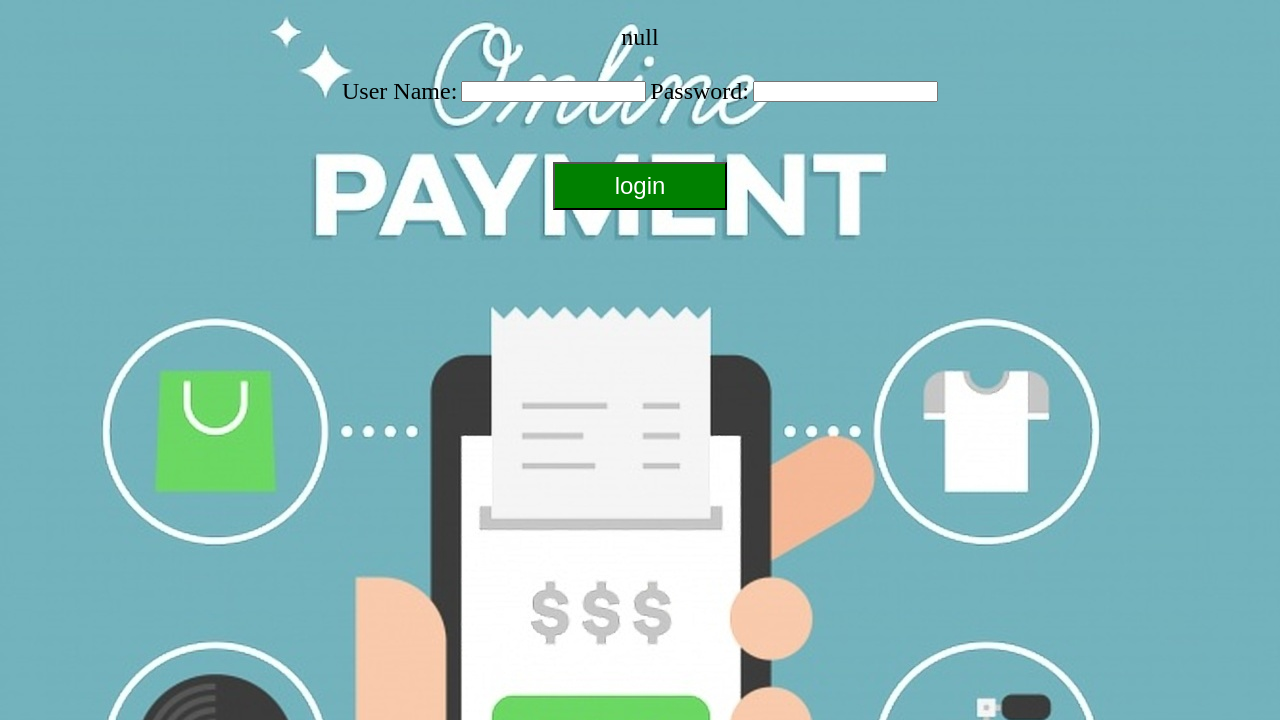
Repository: shaharyar-shamshi/crossplatform
Page: http://localhost/transaction/loginfailed.jsp
The author's editor kept a copy of each file at every save. The page is drawn from the files as they stood at one save, then again after the next save.
The browser window is 1280 px wide. The pictures show the whole page.
The page is served by Tomcat 9.

Above is the page before, as saved 2018-02-03 12:14:17.

After the next save:
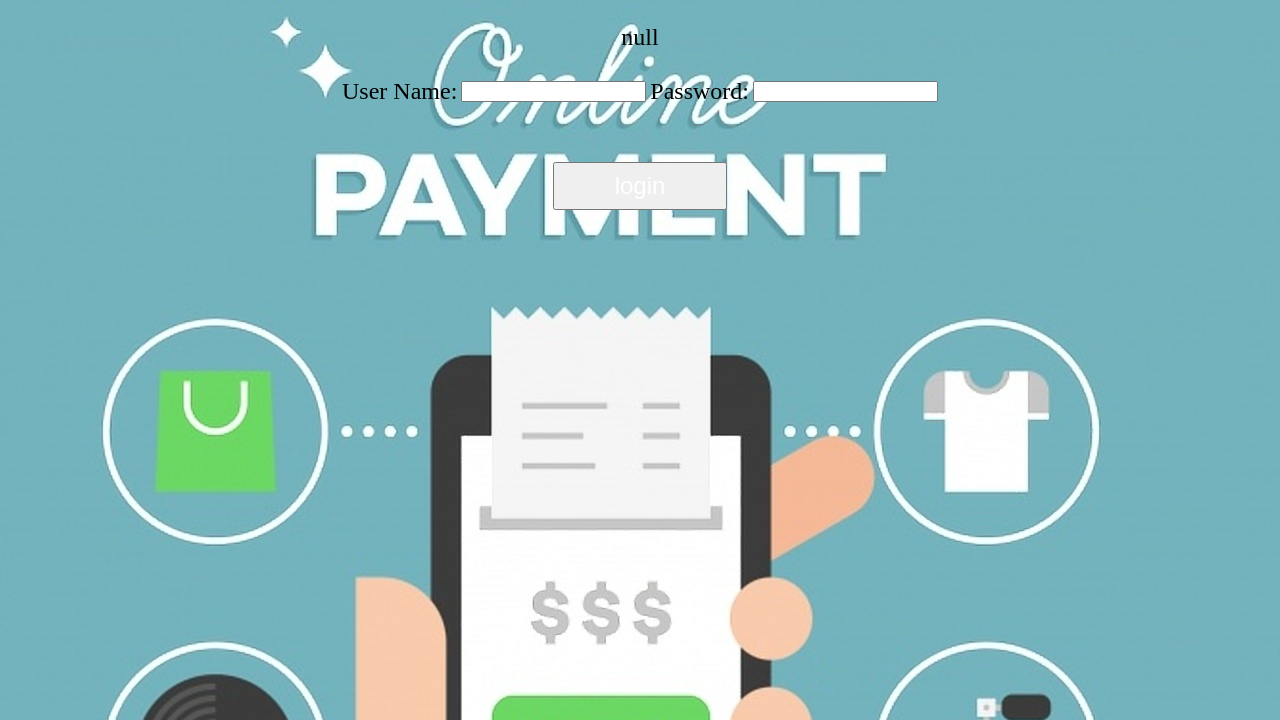
Saved 45 s later.
--- a/transaction/WebContent/loginfailed.jsp
+++ b/transaction/WebContent/loginfailed.jsp
@@ -33,7 +33,7 @@ User Name:
 </table>
 <br><br>
 
-<input class="login-btn" type="submit" value="login" style="color: white; padding: 8px 60px; background-color: green" align="center" />
+<input class="login-btn" type="submit" value="login" style="color: white; padding: 8px 60px; background-color: green align="center" />
 </form>
 
 </body>
